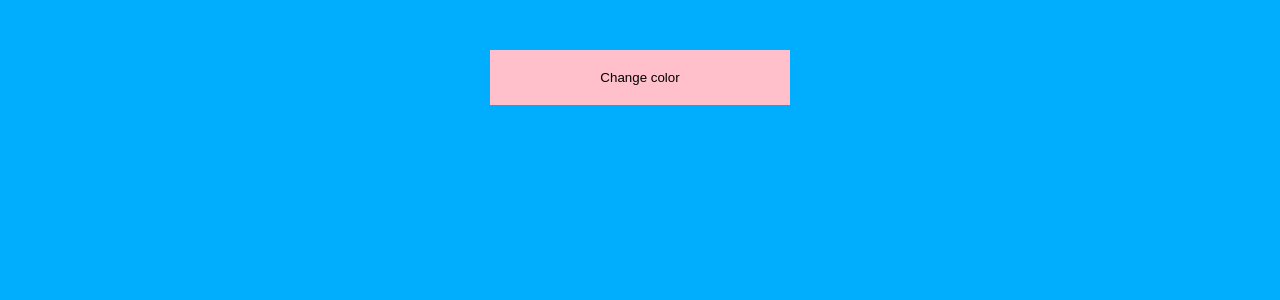
Repository: codysun1912/Javascript-coures
Page: index.html
These files come from the project's save history. The page is drawn as it stood at one moment and after the next save; the edit follows.
The browser window is 1280 px wide. The pictures show the whole page.
After loading, the first visible `button.button-change` was clicked once.

Above is the page before, as saved 2022-02-25 14:20:17.

After the next save:
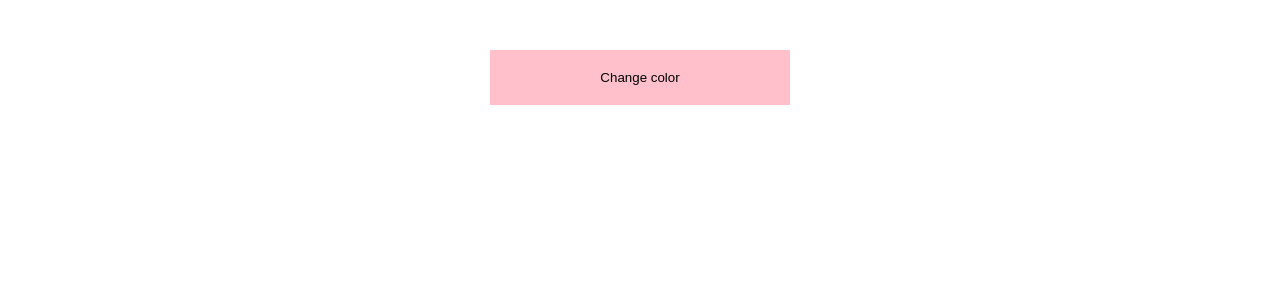
Saved 42 s later.
--- a/Event/click.js
+++ b/Event/click.js
@@ -40,7 +40,8 @@
 function handleChangeColor(){
     const randomColor = colors[(Math.floor(Math.random()*colors.length))];
     if (isColor !== randomColor) {
-        document.body.style.backgroundColor = randomColor;
+
+        document.body.style.backgroundColor = isColor;
     }
     isColor = randomColor;
 

After the 2 saves that followed:
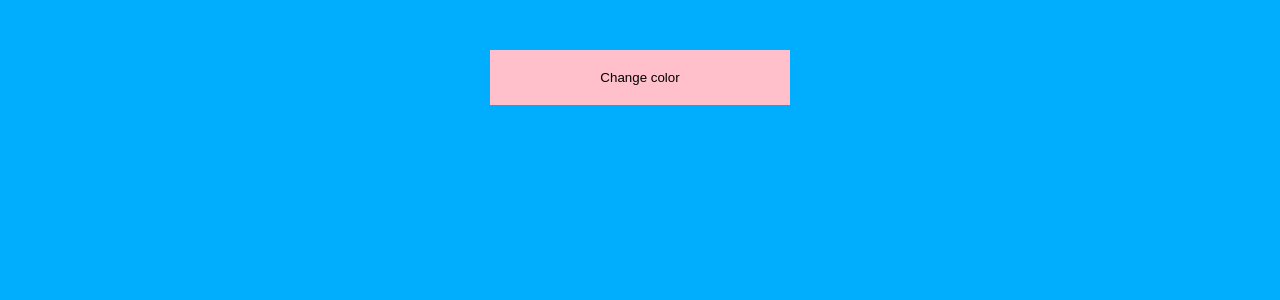
The 2 saves are shown as one change because 1 left the picture as it was.
The last was saved 51 s later.
--- a/Event/click.js
+++ b/Event/click.js
@@ -35,15 +35,8 @@
 
 const changeColor = document.querySelector(".button-change");
 changeColor.addEventListener("click",handleChangeColor);
-let isColor;
 const colors = ["#ffa400", "#00aefd","#07a787"];
 function handleChangeColor(){
     const randomColor = colors[(Math.floor(Math.random()*colors.length))];
-    if (isColor !== randomColor) {
-
-        document.body.style.backgroundColor = isColor;
-    }
-    isColor = randomColor;
-
-
+        document.body.style.backgroundColor = randomColor;
 }
